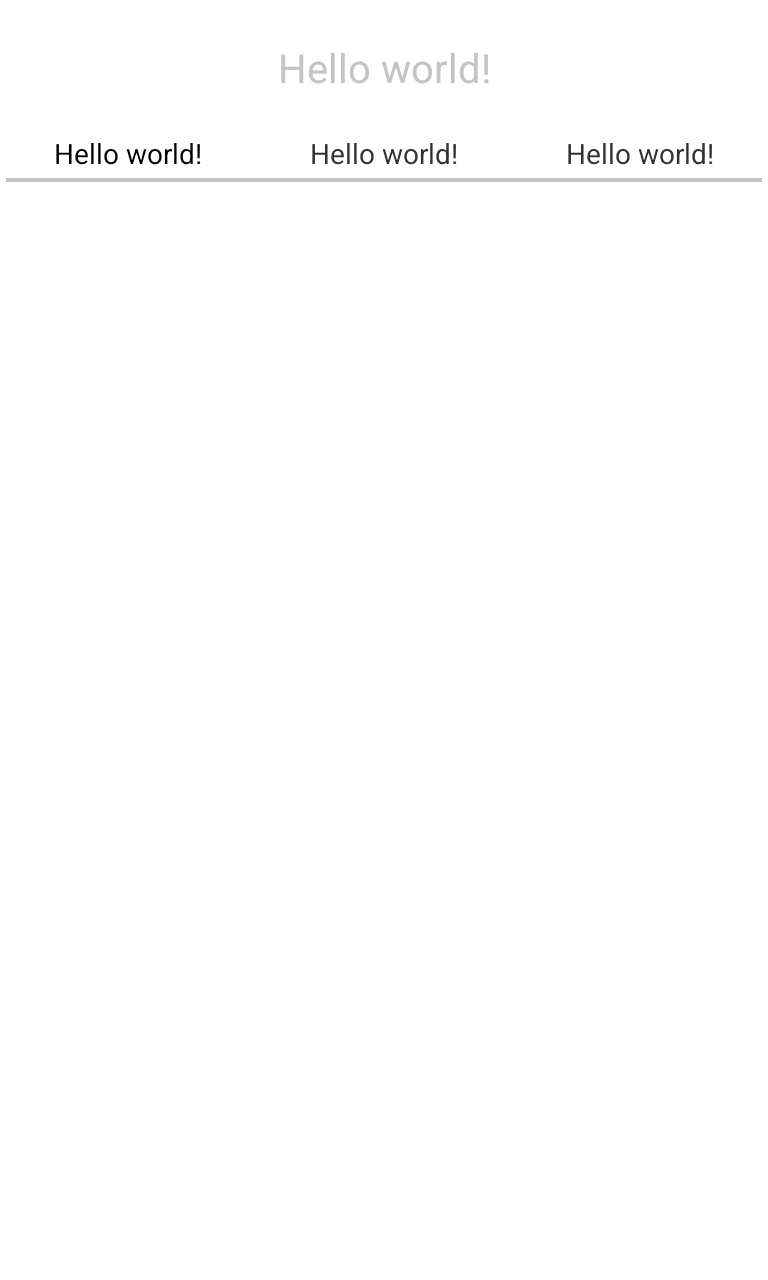
Repository: colincove/IAT381-Android
Layout: ColinCove_Assignment02/res/layout/activity_sensor_info.xml
These files come from the project's save history. The layout is drawn as it stood at one moment and after the next save; the edit follows.
It is drawn on a 768 x 1280 px phone screen (xhdpi) without system bars, with theme AppTheme; the app's code is not run.

Above is the layout before, as saved 2013-10-04 19:00:46.

After the next save:
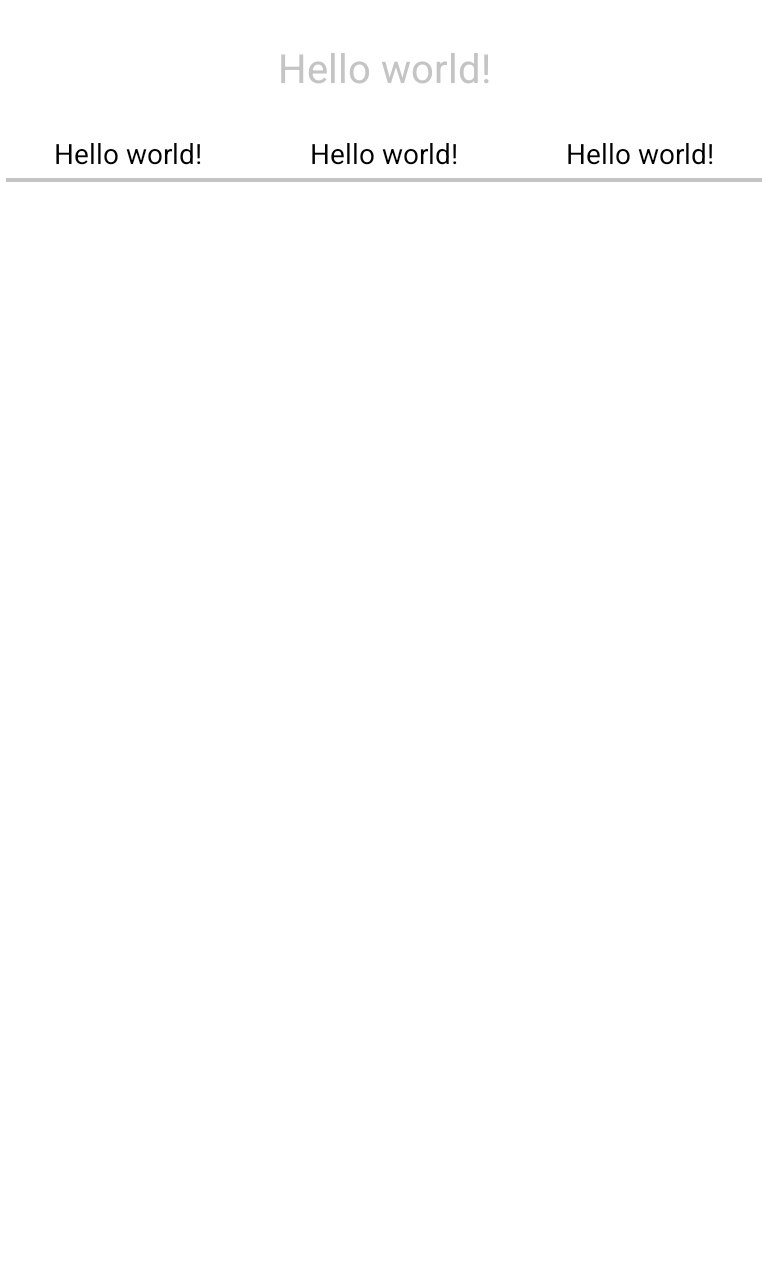
Saved 7 s later.
--- a/ColinCove_Assignment02/res/layout/activity_sensor_info.xml
+++ b/ColinCove_Assignment02/res/layout/activity_sensor_info.xml
@@ -31,12 +31,14 @@
         android:layout_height="wrap_content"
         android:text="@string/hello_world" />
         <TextView
+            android:textColor="@color/heigh_contrast"
             android:gravity="center"
             android:layout_span="1"
         android:layout_width="wrap_content"
         android:layout_height="wrap_content"
         android:text="@string/hello_world" />
         <TextView
+            android:textColor="@color/heigh_contrast"
             android:gravity="center"
             android:layout_span="1"
         android:layout_width="wrap_content"
